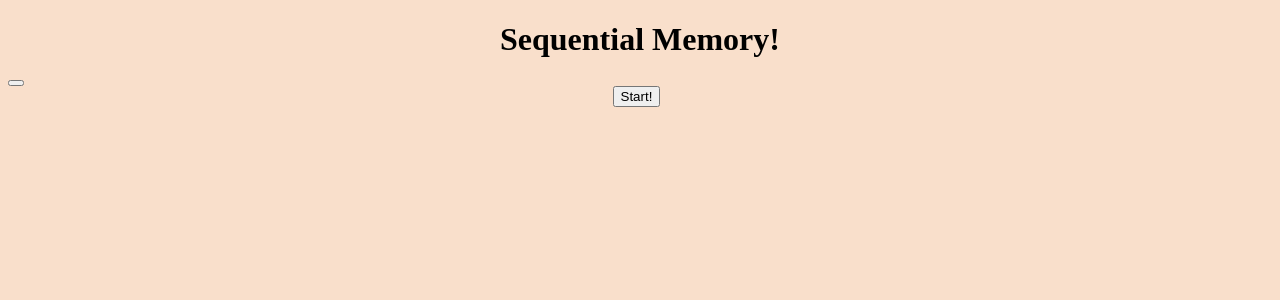
Repository: HyveMynd/htdocs
Page: PS1/MemoryNumbers.html
The author's editor kept a copy of each file at every save. The page is drawn from the files as they stood at one save, then again after the next save.
The browser window is 1280 px wide. The pictures show the whole page.
Some web libraries are served in a nearby version.

Above is the page before, as saved 2013-01-22 04:17:40.

### PS1/MemoryNumbers.html
<!DOCTYPE html PUBLIC "-//W3C//DTD HTML 4.01 Transitional//EN" "http://www.w3.org/TR/html4/loose.dtd">
<html>
<head>
<meta http-equiv="Content-Type" content="text/html; charset=UTF-8">
<link rel="stylesheet" href="MemoryStyle.css" type="text/css" />
<script type="text/javascript" src="https://ajax.googleapis.com/ajax/libs/jquery/1.7.1/jquery.min.js"></script>
<script src="memory.js" type="text/javascript" ></script>
<title>Number Memory</title>
</head>
<body>
<h1>Sequential Memory!</h1>
	<button id=reset type=button onclick=window.location.reload value=Reset></button>
<div class=gameboard ></div>
<div class=select>
	<button id=twentyfive type=button onclick="displayBoard(3)">Start!</button>
</div>
</body>
</html>

### PS1/MemoryStyle.css
@CHARSET "UTF-8";
body { background-color:#f9dfcb; }
h1 { text-align:center; color:black }
table {
	text-align:center;
	color:black;
	border: 5px solid black;
	border-collapse:collapse;
	margin:auto;
	font-size:50px;
}
tr { border: 5px solid black; height: 100px; width: 100px; }
td { border: 5px solid black; height: 100px; width: 100px; }
p {text-align:center; font-size:30px}
.gameboard input {
	height:90px;
	width:90px;
	background-color:#faaaab;
	font-size:30px;
	color:#faaaab;
}
.select {
	width:55px;
	margin-left:auto;
	margin-right:auto;
}

### PS1/memory.js
var current = 0;
var numbers = new Array();
var rowsColumns;

function displayNumber(button){
	//show number in black
	$(button).css({color:"#000000"});
	var selected = $(button).val();
	//if the number is sequential, do not fade
	if (selected == current+1){
		current++;
	}
	//else reset the numbers to be invisible
	else{
		window.setTimeout(function () {showbutton();}, 500);
		current=0;
	}
	//check for game completion
	if(current == rowsColumns*rowsColumns){
		gameComplete();
	}
}

function showbutton(){
	//reset all the numbers back to blank
	$(".gameboard input").css({color:"#faaaab"});
}

function mouseDown(e){
	displayNumber();
}

function displayBoard(num){
	rowsColumns = num;
	for (var i = 0; i < num*num; i++){
		numbers[i] = i+1;
	}

	//add the buttons to the gameboard
	var board = "<table>";
	for (var r = 0; r < num; r++){
		var row = "<tr>";
		for (var c = 0; c < num; c++){
			var key = Math.floor(Math.random() * numbers.length-1);
			var number = numbers.splice(key, 1);
			//randomly select array numbers
			row += "<td><input type=button value="+number+" /></td>";
		}
		row += "</tr>";
		board += row;
	}
	board += "</table>";
	$(".gameboard").append(board);
	$("#twentyfive").hide();

	//tie gameboard buttons
	$(".gameboard input").click(function () { play(this); });
}

function play(button){
	//get the row and column of the button
	var td = $(button).parent();
	var col = td.parent().children().index(td);
	var row = td.parent().parent().children().index(td.parent());

	//toggle the number to display
	toggle(row, col);
}

function toggle (r,c){
	var button = $(".gameboard input").get(r*rowsColumns+c);
	displayNumber(button);
}

function gameComplete(){
	window.alert("Congratulations! You have won!");
}

After the next save:
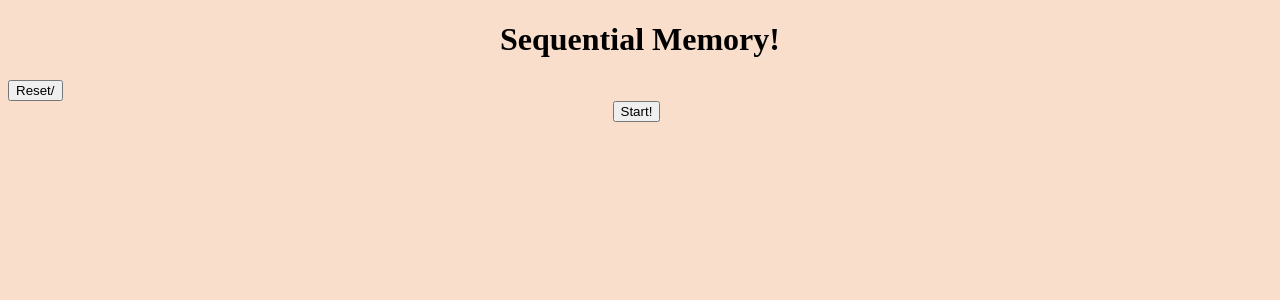
Saved 27 s later.
--- a/PS1/MemoryNumbers.html
+++ b/PS1/MemoryNumbers.html
@@ -9,7 +9,7 @@
 </head>
 <body>
 <h1>Sequential Memory!</h1>
-	<button id=reset type=button onclick=window.location.reload value=Reset></button>
+	<input id=reset type=button onclick=window.location.reload value=Reset/>
 <div class=gameboard ></div>
 <div class=select>
 	<button id=twentyfive type=button onclick="displayBoard(3)">Start!</button>
